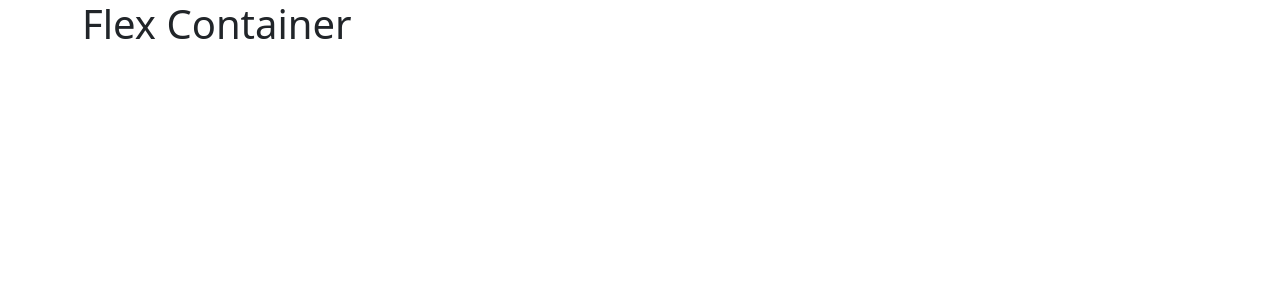
Repository: tandoan-teaching/teaching
Page: ltt/web/exercises/flexbox/flex-container.html
An editor plug-in stored every save of this project. The page is shown before and after a run of saves, followed by the edit.
The browser window is 1280 px wide. The pictures show the whole page.

Above is the page before, as saved 2024-03-24 16:06:54.

After the next 2 saves:
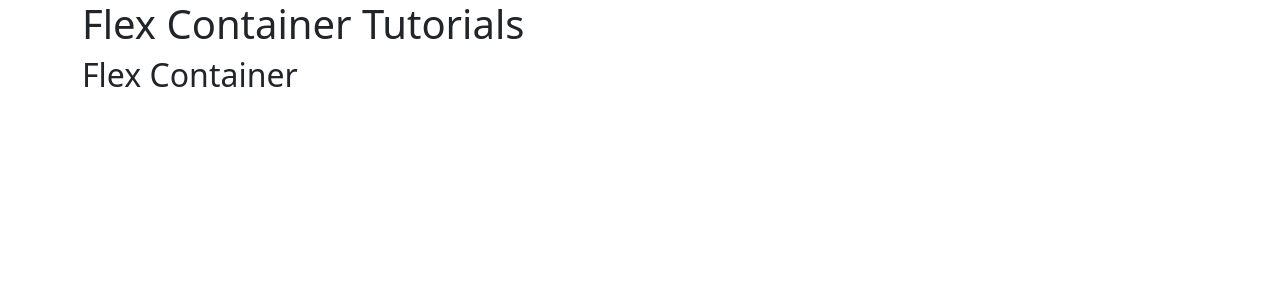
The 2 saves are shown as one change because they came seconds apart.
The last was saved 77 s later.
--- a/ltt/web/exercises/flexbox/flex-container.html
+++ b/ltt/web/exercises/flexbox/flex-container.html
@@ -12,10 +12,14 @@
     <div class="container">
 
         <h1>
-            Flex Container
+            Flex Container Tutorials
         </h1>
 
-
+        <div class="flex-container">
+            <h2>
+                Flex Container
+            </h2>
+        </div>
 
     </div>
 
